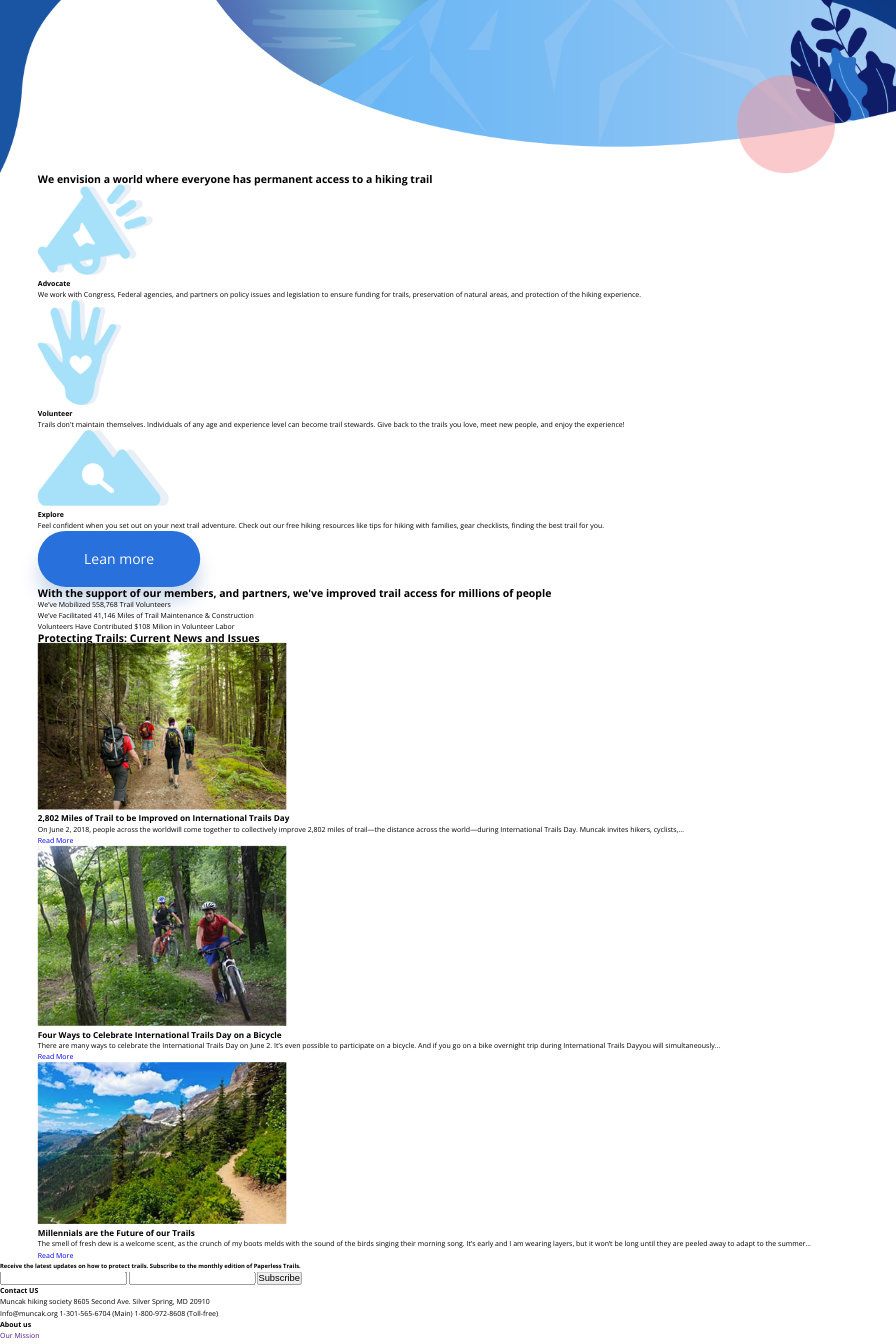
Repository: huubinh98/Project
Page: muncak/index.html
These files come from the project's save history. The page is drawn as it stood at one moment and after the next save; the edit follows.
The browser window is 1280 px wide. The pictures show the part of the page from y = 778 to 2698 px (the page is 3053 px tall before and 3211 px after), at 70% of full size.

Above is the page before, as saved 2021-08-28 17:18:31.

After the next save:
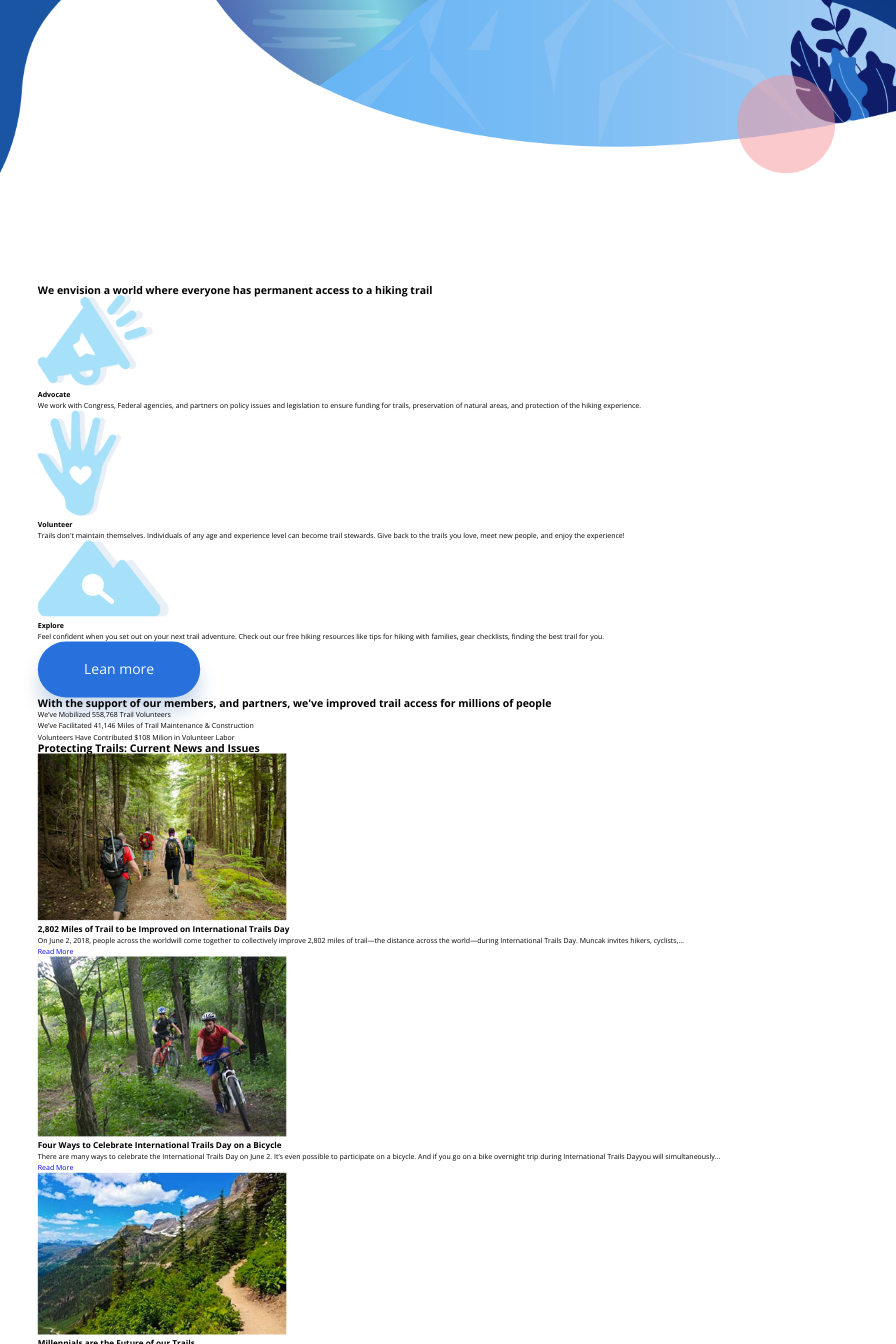
Saved 5 s later.
--- a/muncak/style.css
+++ b/muncak/style.css
@@ -114,5 +114,5 @@ a {
 }
 
 .about {
-    padding-top: 158pxs;
+    padding-top: 158px;
 }
